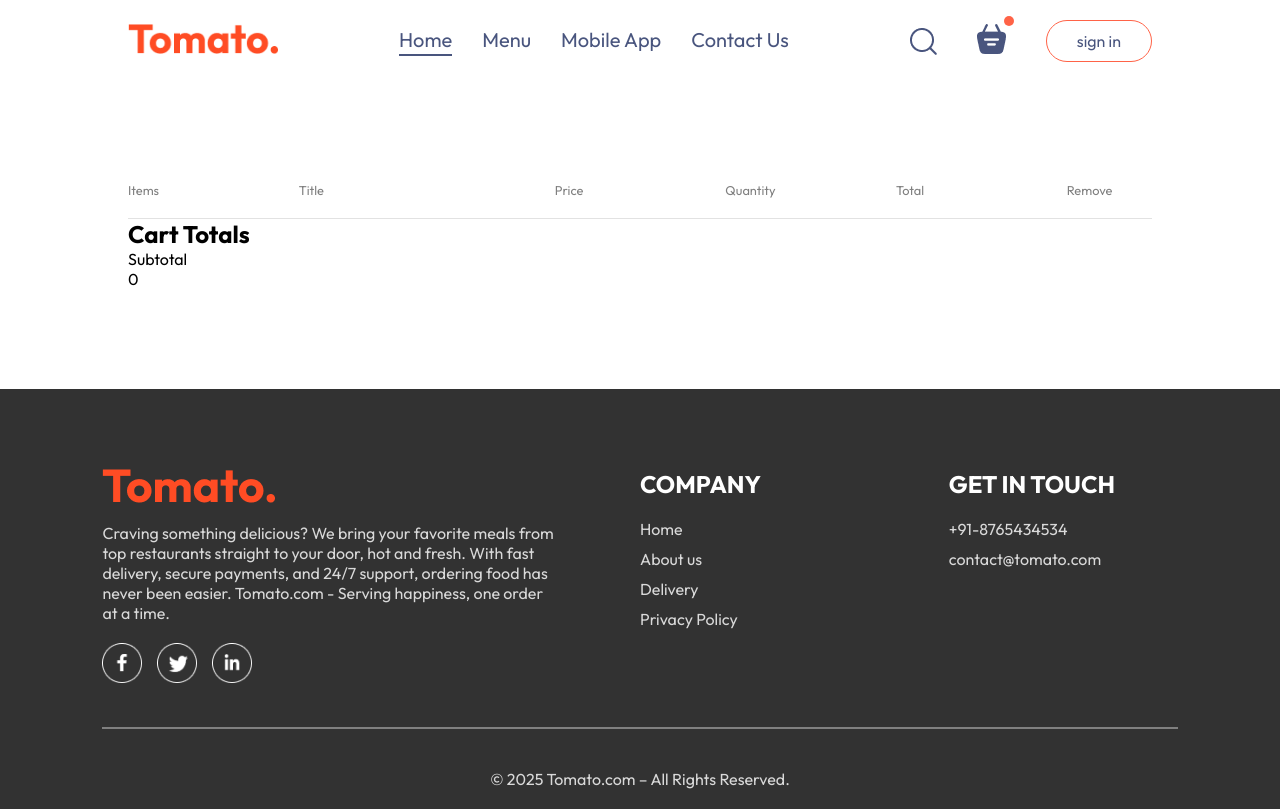
Repository: esakkiraj8104/FOOD_ORDER1
Page: /cart
The author's editor kept a copy of each file at every save. The page is drawn from the files as they stood at one save, then again after a run of saves.
The browser window is 1280 px wide. The pictures show the whole page.
The project was rebuilt for these pictures with package versions that can differ from the ones it lists, and the page was loaded fresh each time. Also part of the build but not shown: vite.config.js, src/components/Navbar/Header/Haeder.css, src/components/Navbar/Header/Header.jsx, src/components/Navbar/ExploreMenu/ExploreMenu.css, src/components/Navbar/ExploreMenu/ExploreMenu.jsx, src/components/Navbar/FoodDisplay/FoodDisplay.css, src/components/Navbar/FoodItem/FoodItem.css, src/components/Navbar/FoodItem/FoodItem.jsx and 6 more. Imported but missing from the stored project, and not drawn on this page: src/pages/PlaceOrder/PlaceOrder.

Above is the page before, as saved 2025-05-20 18:45:19.

### index.html
<!doctype html>
<html lang="en">
  <head>
    <meta charset="UTF-8" />
    <link rel="icon" type="image/svg+xml" href="/vite.svg" />
    <meta name="viewport" content="width=device-width, initial-scale=1.0" />
    <title>Tomoto food Web</title>
  </head>
  <body>
    <div id="root"></div>
    <script type="module" src="/src/main.jsx"></script>
  </body>
</html>

### src/main.jsx
import React from 'react'
import ReactDOM from 'react-dom/client'
import './index.css'
import App from './App.jsx'
import {BrowserRouter} from 'react-router-dom'
import StoreContextProvider from './Context/StoreContext.jsx'

ReactDOM.createRoot(document.getElementById('root')).render(
  <BrowserRouter>
    <StoreContextProvider>
      <App />
    </StoreContextProvider>

  </BrowserRouter>

)

### src/index.css
@import url('https://fonts.googleapis.com/css2?family=Outfit:wght@100..900&display=swap');

*{
  padding: 0;
  margin: 0;
  box-sizing: border-box;
  font-family: outfit;
  scroll-behavior: smooth;
}
body{
  min-height: 100vh;
}
a{
  text-decoration :none;
  color: inherit;
}
.app{
  width: 80%;
  margin: auto;
}

@keyframes fadeIn {
  0%{
    opacity: 0;
  }
  100%{
    opacity: 1;
  }
}

### src/App.jsx
import React,{ useState } from 'react'
import { Route, Routes } from 'react-router-dom'
import Home from './pages/Home/Home'
import Cart from './pages/Cart/Cart'
import PlaceOrder from './pages/PlaceOrder/PlaceOrder'
import Navbar from './components/Navbar/Navbar/Navbar'
import Footer from './components/Navbar/Footer/Footer'
import LoginPopup from './components/LoginPopup/LoginPopup'

const App = () => {

  const[showLogin,setShowLogin]= useState(false)
  return (

    <>
    {showLogin?<LoginPopup setShowLogin={setShowLogin}/>:<></>}
      <div className='app'>
        <Navbar setShowLogin={setShowLogin}/>
        <Routes >
          <Route path='/' element={<Home />} />
          <Route path='/cart' element={<Cart />} />
          <Route path='/order' element={<PlaceOrder />} />
        </Routes>
      </div>
      <Footer />

    </>


  )
}

export default App

### src/Context/StoreContext.jsx
import { createContext, useEffect, useState } from "react";
import { food_list } from "../assets/assets";

export const StoreContext = createContext(null)

const StoreContextProvider = (props) => {

    const [cartItems,setCartItems]= useState({});

    const addToCart = (itemId) => {
        if (!cartItems[itemId]) {
            setCartItems((prev)=>({...prev,[itemId]:1}))
        }
        else{
            setCartItems((prev)=>({...prev,[itemId]:prev[itemId]+1}))
        }
    }

    const removeFromCart = (itemId) =>{
        setCartItems((prev)=>({...prev,[itemId]:prev[itemId]-1}))
    }

    useEffect(()=>{
        console.log(cartItems);
    },[cartItems])

    const contextValue = {
        food_list,
        cartItems,
        setCartItems,
        addToCart,
        removeFromCart

    }
    return (
        <StoreContext.Provider value={contextValue}>
            {props.children}
        </StoreContext.Provider>
    )
}

export default StoreContextProvider;

### src/pages/Cart/Cart.jsx
import React, { useContext } from 'react'
import './Cart.css'
import { StoreContext } from '../../Context/StoreContext'
const Cart = () => {


  const { cartItems, food_list, removeFromCart } = useContext(StoreContext);
  return (
    <div className='cart'>
      <div className="cart-items">
        <div className="cart-items-title">
          <p>Items</p>
          <p>Title</p>
          <p>Price</p>
          <p>Quantity</p>
          <p>Total</p>
          <p>Remove</p>
        </div>
        <br />
        <hr />
        {food_list.map((item, index) => {
          if (cartItems[item._id] > 0) {
            return (
              <div>
                <div className='cart-items-title cart-items-item'>
                  <img src={item.image} alt="" />
                  <p>{item.name}</p>
                  <p>${item.price}</p>
                  <p>{cartItems[item._id]}</p>
                  <p>${item.price * cartItems[item._id]}</p>
                  <p  onClick={()=>removeFromCart(item._id)} className='cross'>❌</p>
                </div>
                <hr />
              </div>

            )
          }
        })}
      </div>
      <div className="cart-bottom">
        <div className="cart-total">
          <h2>Cart Totals</h2>
          <div>
            <div className="cart-total-details">
              <p>Subtotal</p>
              <p>{0}</p>
            </div>
            <div className="cart-total-details">

            </div>
            <div className="cart-total-details">

            </div>
          </div>
        </div>
      </div>
    </div>
  )
}

export default Cart

### src/components/Navbar/Navbar/Navbar.jsx
import React, { useState } from 'react'
import './Navbar.css'
import { assets } from '../../../assets/assets'
import { Link } from 'react-router-dom';
const Navbar = ({setShowLogin}) => {

    const [menu,setMenu] = useState("home");
  return (
    <div className='navbar'>
        <Link to='/'><img src={assets.logo} alt="" className="logo" /></Link>
        <ul className="navbar-menu">
        <Link to='/'className={menu === "home" ? "active" : ""} onClick={() => setMenu("home")}>Home</Link>
        <a href='#explore-menu' className={menu === "menu" ? "active" : ""} onClick={() => setMenu("menu")}>Menu</a>
        <a href='#app-download'className={menu === "mobile-app" ? "active" : ""} onClick={() => setMenu("mobile-app")}>Mobile App</a>
        <a href='#footer'className={menu === "contact us" ? "active" : ""} onClick={() => setMenu("contact us")}>Contact Us</a>
        </ul>
        <div className="navbar-right">
            <img src={assets.search_icon} alt="" />
            <div className="navbar-search-icon">
                <Link to='/cart'><img src={assets.basket_icon} alt="" /></Link>
                <div className="dot"></div>
            </div>
            <button onClick={()=>setShowLogin(true)}>sign in</button>
        </div>
    </div>
  )
}

export default Navbar

### src/components/Navbar/Footer/Footer.jsx
import React from 'react'
import './Footer.css'
import { assets } from '../../../assets/assets'

const Footer = () => {
  return (

    <div className='footer' id='footer'>
      <div className="footer-content">
        <div className="footer-content-left">
          <img src={assets.logo} alt="" />
          <p>Craving something delicious? We bring your favorite meals from top restaurants straight to your door, hot and fresh.
            With fast delivery, secure payments, and  24/7 support, ordering food has never been easier.
            Tomato.com - Serving happiness, one order at a time.</p>
          <div className="footer-social-icons">
            <img src={assets.facebook_icon} alt="" />
            <img src={assets.twitter_icon} alt="" />
            <img src={assets.linkedin_icon} alt="" />
          </div>
        </div>
        <div className="footer-content-center">
          <h2>COMPANY</h2>
          <ul>
            <li>Home</li>
            <li>About us</li>
            <li>Delivery</li>
            <li>Privacy Policy</li>
          </ul>
        </div>
        <div className="footer-content-right">
          <h2>GET IN TOUCH</h2>
          <ul>
            <li>+91-8765434534</li>
            <li>contact@tomato.com</li>
          </ul>
        </div>
      </div>
      <hr />
      <p className="footer-copyright">© 2025 Tomato.com – All Rights Reserved.</p>
    </div>
  )
}

export default Footer

### src/pages/Cart/Cart.css
.cart{
    margin-top: 100px;
}
.cart-items-title{
    display: grid;
    grid-template-columns: 1fr 1.5fr 1fr 1fr 1fr 0.5fr;
    align-items: center;
    color: grey;
    font-size: max(1vw,12px);

}
.cart-items-item{
    margin: 10px 0px;
    color: black;
}
.cart-items-item img{
    width: 100px;
}
.cart hr{
    height: 1px;
    background-color: #e2e2e2;
    border: none;
}
.cart-items-item .cross{
    cursor: pointer;
}

### src/components/Navbar/Navbar/Navbar.css
.navbar{
    padding: 20px 0px;
    display: flex;
    justify-content: space-between;
    align-items: center;
}

.navbar .logo{
    width: 150px;
}

.navbar-menu{
    display: flex;
    list-style: none;
    gap: 30px;
    color: #49557e;
    font-size: 20px;
}

.navbar-right{
    display: flex;
    align-items: center;
    gap: 40px;
}

.navbar button{
    background: transparent;
    font-size: 16px;
    color: #49557e;
    border: 1px solid tomato;
    padding: 10px 30px;
    border-radius: 50px;
    cursor: pointer;
    transition: 0.3;
}

.navbar button:hover{
    background-color: #fff4f2;
}

.navbar .active{
    padding-bottom: 2px;
    border-bottom: 2px solid #49557e;
}

.navbar li{
    cursor: pointer;
}

.navbar-search-icon{
    position:relative;
}

.navbar-search-icon .dot{
    position: absolute;
    min-width: 10px;
    min-height: 10px;
    background-color: tomato;
    border-radius: 5px;
    top: -8px;
    right: -8px;
}
@media(max-width:1050px) {
    .navbar .logo{
        width: 140px;
    }
    .navbar-menu{
        gap: 20px;
        font-size: 17px;
    }
    .navbar-right{
        gap: 30px;
    }
    .navbar-right img{
        width: 22px;
    }
    .navbar-right button{
        padding: 8px 25px;
    }
}
@media(max-width:900px) {
    .navbar .logo{
        width: 120px;
    }
    .navbar-menu{
        gap: 15px;
        font-size: 16px;
    }
    .navbar-right{
        gap: 20px;
    }
    .navbar-right img{
        width: 20px;
    }
    .navbar-right button{
        padding: 7px 20px;
        font-size: 15px;
    }
}
@media(max-width:750px) {
    .navbar-menu{
        display: none;
    }
}

### src/components/Navbar/Footer/Footer.css
.footer{
    color: #d9d9d9;
    background: #323232;
    display: flex;
    flex-direction: column;
    align-items: center;
    gap: 20px;
    padding: 20px 8vw;
    padding-top: 80px;
    margin-top: 100px;

}

.footer-content{
    width: 100%;
    display: grid;
    grid-template-columns: 2fr 1fr 1fr;
    gap: 80px;
}
.footer-content-left, .footer-content-right, .footer-content-center{
    display: flex;
    flex-direction: column;
    align-items: start;
    gap: 20px;
}
.footer-content-left li, .footer-content-right li, .footer-content-center li{
    list-style: none;
    margin-bottom: 10px;
    cursor: pointer;
}
.footer-content-right h2, .footer-content-center h2 {
    color: white;
}
.footer-social-icons img{
    width: 40px;
    margin-right: 15px;
}
.footer hr{
    width: 100%;
    height: 2px;
    margin: 20px 0;
    background-color: grey;
    border: none;
}
@media (max-width:750px) {
    .footer-content{
        display: flex;
        flex-direction: column;
        gap: 35px;
    }
    .footer-copyright{
        text-align: center;
    }
}

Loaded but not shown: src/assets/assets.js (350 lines, source omitted); src/pages/Home/Home.css (no stored copy; drawn as an empty file)

After the next 2 saves:
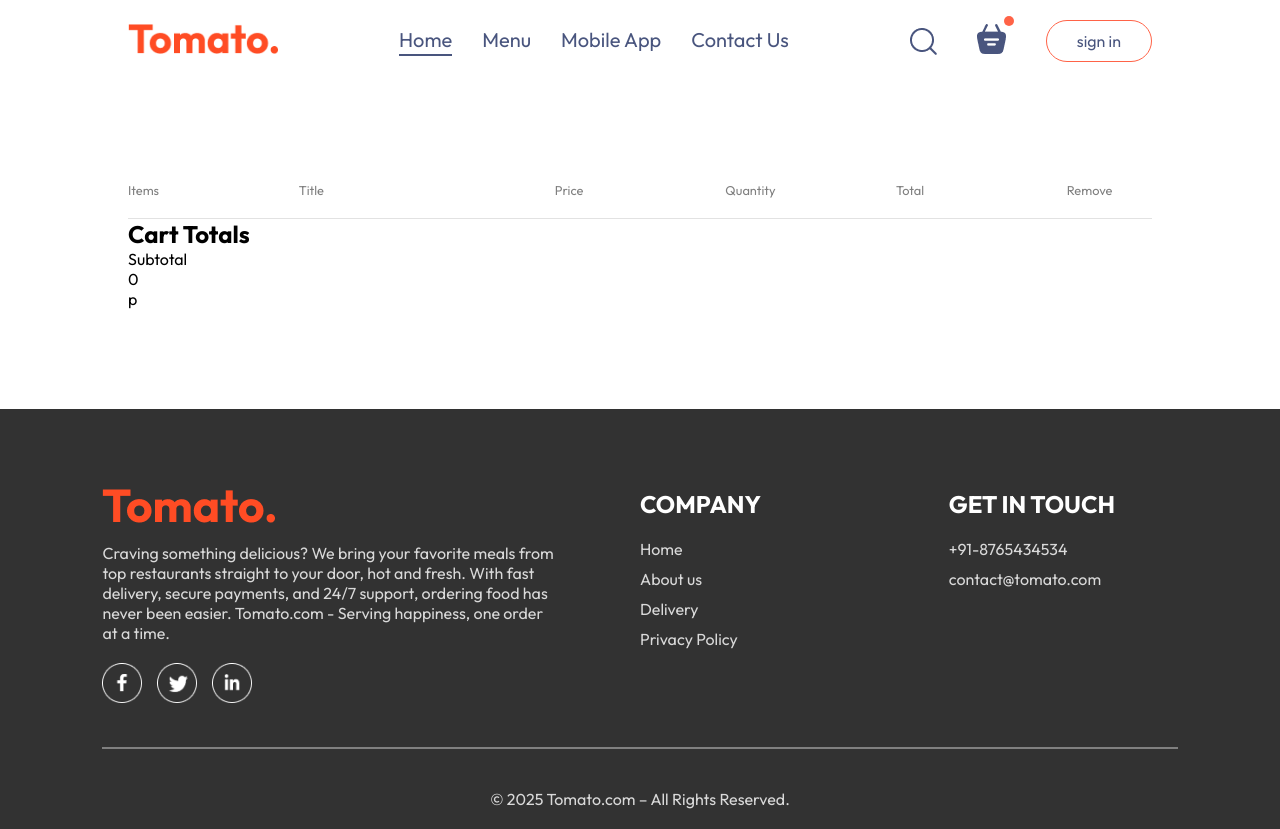
The 2 saves are shown as one change because they came seconds apart.
The last was saved 6 s later.
--- a/src/pages/Cart/Cart.jsx
+++ b/src/pages/Cart/Cart.jsx
@@ -46,7 +46,7 @@
               <p>{0}</p>
             </div>
             <div className="cart-total-details">
-
+              p
             </div>
             <div className="cart-total-details">
 

After the 2 saves that followed:
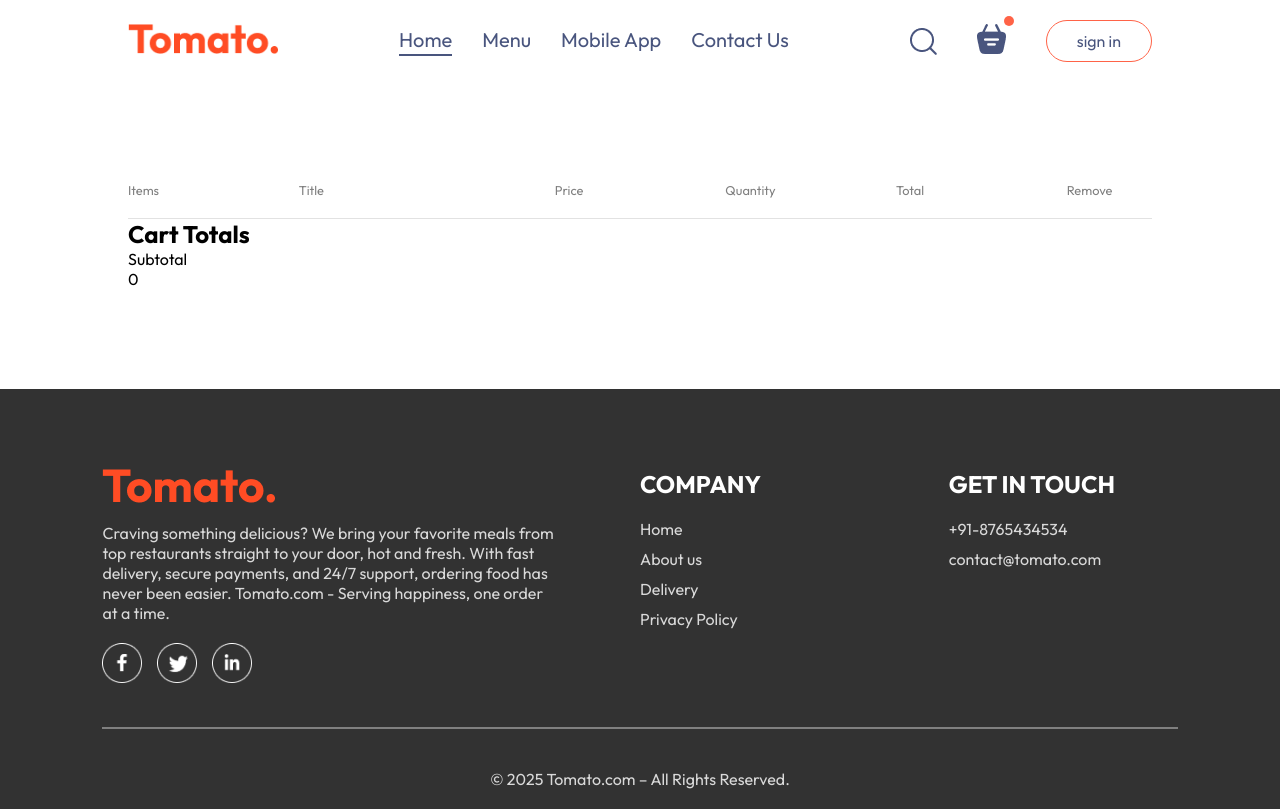
The 2 saves are shown as one change because they came seconds apart.
The last was saved 6 s later.
--- a/src/pages/Cart/Cart.jsx
+++ b/src/pages/Cart/Cart.jsx
@@ -46,7 +46,8 @@
               <p>{0}</p>
             </div>
             <div className="cart-total-details">
-              p
+              <p></p>
+              <p></p>
             </div>
             <div className="cart-total-details">
 
